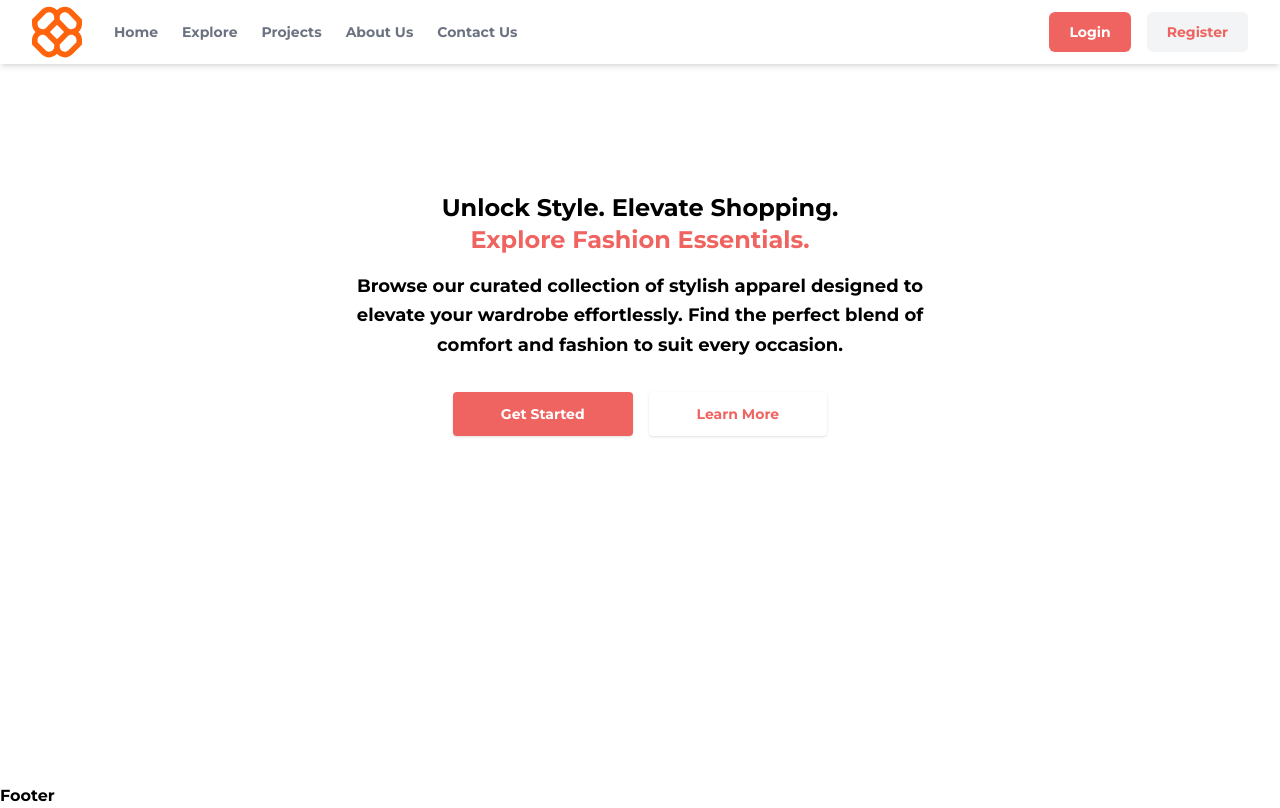
Repository: YahiaSala7/E-commerce-Project
Page: / (app in ecommerce/)
An editor plug-in stored every save of this project. The page is shown before and after the next save, followed by the edit.
The browser window is 1280 px wide. The pictures show the whole page.
The project was rebuilt for these pictures with package versions that can differ from the ones it lists, and the page was loaded fresh each time. The framework's server and built-in components were replaced by stand-ins that run in the browser. Also part of the build but not shown: ecommerce/next.config.mjs.

Above is the page before, as saved 2024-07-25 03:47:57.

### ecommerce/app/layout.js
import { Montserrat } from "next/font/google";
import "./globals.css";
import Header from "./_Components/Header";
import Footer from "./_Components/Footer";

const inter = Montserrat({ subsets: ["latin"], weight: "700" });

export const metadata = {
  title: "Create Next App",
  description: "Generated by create next app",
};

export default function RootLayout({ children }) {
  return (
    <html lang="en">
      <body className={inter.className}>
        <Header />
        {children}
        <Footer />
      </body>
    </html>
  );
}

### ecommerce/app/page.js
import Image from "next/image";
import Hero from "./_Components/Hero";

export default function Home() {
  return (
    <div className="home">
      <Hero />
    </div>
  );
}

### ecommerce/app/globals.css
@tailwind base;
@tailwind components;
@tailwind utilities;

:root {
  /* --foreground-rgb: 0, 0, 0; */
  /* --background-start-rgb: 214, 219, 220;
  --background-end-rgb: 255, 255, 255; */
}

@media (prefers-color-scheme: dark) {
  :root {
    /* --foreground-rgb: 0, 0, 0; */
    /* --background-start-rgb: 0, 0, 0;
    --background-end-rgb: 0, 0, 0; */
  }
}

body {
  color: rgb(var(--foreground-rgb));
  background: linear-gradient(
      to bottom,
      transparent,
      rgb(var(--background-end-rgb))
    )
    rgb(var(--background-start-rgb));
}

@layer utilities {
  .text-balance {
    text-wrap: balance;
  }
}

### ecommerce/app/_Components/Header.jsx
import React from "react";

function Header() {
  return (
    <header className="bg-white shadow-md">
      <div className="mx-auto flex h-16 max-w-screen-xl items-center gap-8 px-4 sm:px-6 lg:px-8 ">
        <img src="/logo.svg" width={"50px"} height={"50px"} />

        <div className="flex flex-1 items-center justify-end md:justify-between">
          <nav aria-label="Global" className="hidden md:block">
            <ul className="flex items-center gap-6 text-sm">
              <li>
                <a
                  className="text-gray-500 transition hover:text-gray-500/75"
                  href="#">
                  {" "}
                  Home{" "}
                </a>
              </li>

              <li>
                <a
                  className="text-gray-500 transition hover:text-gray-500/75"
                  href="#">
                  {" "}
                  Explore{" "}
                </a>
              </li>

              <li>
                <a
                  className="text-gray-500 transition hover:text-gray-500/75"
                  href="#">
                  {" "}
                  Projects{" "}
                </a>
              </li>

              <li>
                <a
                  className="text-gray-500 transition hover:text-gray-500/75"
                  href="#">
                  {" "}
                  About Us{" "}
                </a>
              </li>

              <li>
                <a
                  className="text-gray-500 transition hover:text-gray-500/75"
                  href="#">
                  {" "}
                  Contact Us{" "}
                </a>
              </li>
            </ul>
          </nav>

          <div className="flex items-center gap-4">
            <div className="sm:flex sm:gap-4">
              <a
                className="block rounded-md bg-primary px-5 py-2.5 text-sm font-medium text-white transition hover:bg-secondary "
                href="#">
                Login
              </a>

              <a
                className="hidden rounded-md bg-gray-100 px-5 py-2.5 text-sm font-medium text-primary transition hover:text-secondary sm:block"
                href="#">
                Register
              </a>
            </div>

            <button className="block rounded bg-gray-100 p-2.5 text-gray-600 transition hover:text-gray-600/75 md:hidden">
              <span className="sr-only">Toggle menu</span>
              <svg
                xmlns="http://www.w3.org/2000/svg"
                className="h-5 w-5"
                fill="none"
                viewBox="0 0 24 24"
                stroke="currentColor"
                strokeWidth="2">
                <path
                  strokeLinecap="round"
                  strokeLinejoin="round"
                  d="M4 6h16M4 12h16M4 18h16"
                />
              </svg>
            </button>
          </div>
        </div>
      </div>
    </header>
  );
}

export default Header;

### ecommerce/app/_Components/Hero.jsx
import React from "react";

function Hero() {
  return (
    <section className="">
      <div className="mx-auto max-w-screen-xl px-4 py-32 lg:flex lg:h-screen">
        <div className="mx-auto max-w-xl text-center">
          <h1 className="text-3xl font-extrabold sm:text-2xl ">
            Unlock Style. Elevate Shopping.
            <strong className="font-extrabold text-primary sm:block">
              {" "}
              Explore Fashion Essentials.{" "}
            </strong>
          </h1>

          <p className="mt-4 sm:text-[18px]/relaxed">
            Browse our curated collection of stylish apparel designed to elevate
            your wardrobe effortlessly. Find the perfect blend of comfort and
            fashion to suit every occasion.
          </p>

          <div className="mt-8 flex flex-wrap justify-center gap-4">
            <a
              className="block w-full rounded bg-primary px-12 py-3 text-sm font-medium text-white shadow hover:bg-secondary focus:outline-none focus:ring active:bg-red-500 sm:w-auto"
              href="#">
              Get Started
            </a>

            <a
              className="block w-full rounded px-12 py-3 text-sm font-medium text-primary shadow hover:text-secondary focus:outline-none focus:ring active:text-red-500 sm:w-auto"
              href="#">
              Learn More
            </a>
          </div>
        </div>
      </div>
    </section>
  );
}

export default Hero;

### ecommerce/tailwind.config.js
/** @type {import('tailwindcss').Config} */
module.exports = {
  content: [
    "./pages/**/*.{js,ts,jsx,tsx,mdx}",
    "./components/**/*.{js,ts,jsx,tsx,mdx}",
    "./app/**/*.{js,ts,jsx,tsx,mdx}",
  ],
  theme: {
    extend: {
      backgroundImage: {
        "gradient-radial": "radial-gradient(var(--tw-gradient-stops))",
        "gradient-conic":
          "conic-gradient(from 180deg at 50% 50%, var(--tw-gradient-stops))",
      },
      colors: {
        primary: "#EF6461",
        secondary: " #B83D3A",
      },
    },
  },
  plugins: [],
};

Loaded but not shown: ecommerce/app/_Components/Footer.jsx (common file)

After the next save:
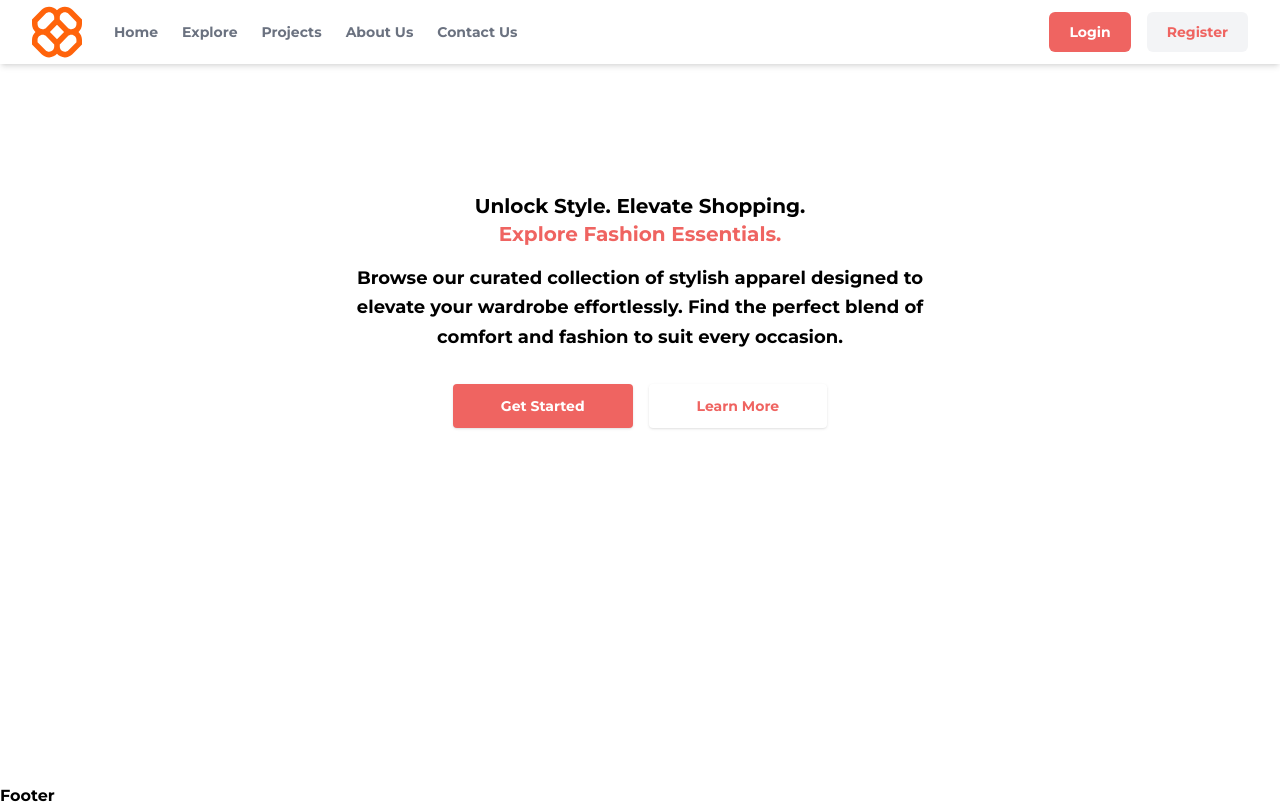
Saved 4 s later.
--- a/ecommerce/app/_Components/Hero.jsx
+++ b/ecommerce/app/_Components/Hero.jsx
@@ -5,7 +5,7 @@ function Hero() {
     <section className="">
       <div className="mx-auto max-w-screen-xl px-4 py-32 lg:flex lg:h-screen">
         <div className="mx-auto max-w-xl text-center">
-          <h1 className="text-3xl font-extrabold sm:text-2xl ">
+          <h1 className="text-3xl font-extrabold sm:text-xl ">
             Unlock Style. Elevate Shopping.
             <strong className="font-extrabold text-primary sm:block">
               {" "}
